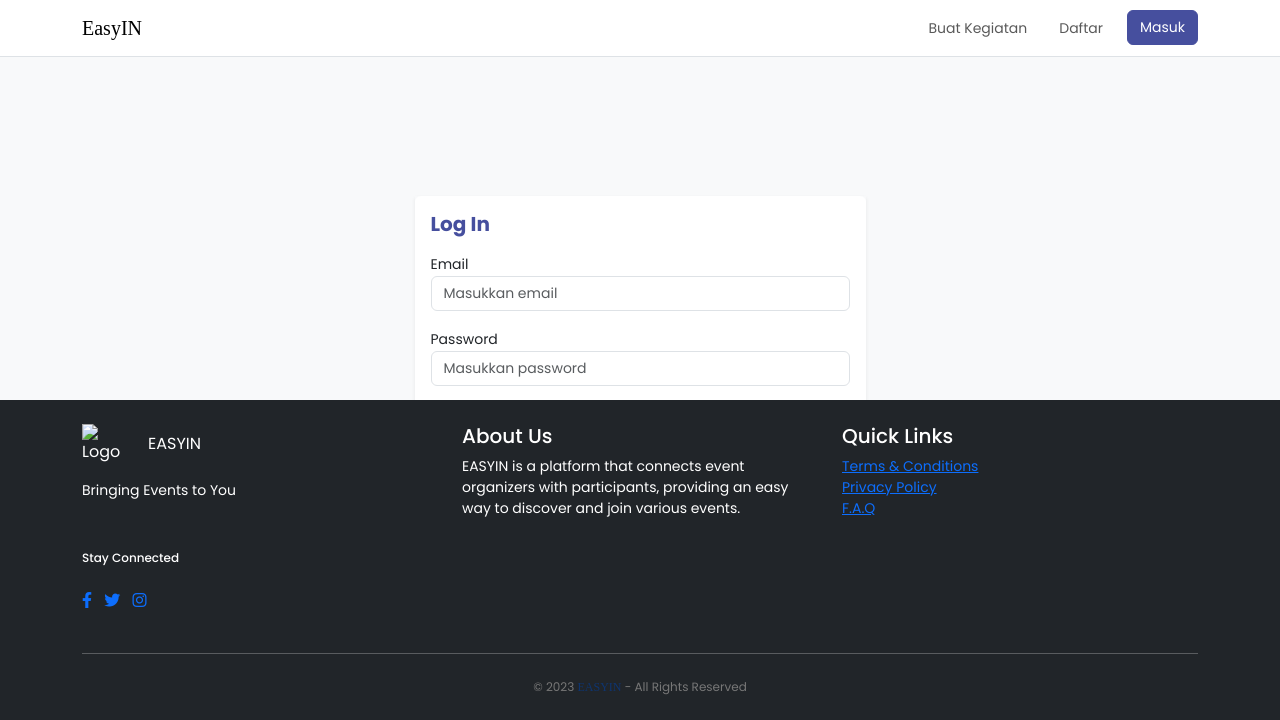
Repository: Imadaaa/Ticketing_Online
Page: http://localhost/login
The author's editor kept a copy of each file at every save. The page is drawn from the files as they stood at one save, then again after a run of saves.
The browser window is 1280 px wide. The pictures show the whole page.
Some web fonts or font styles are not loaded; a fallback is used. The page is served by the project's Laravel application, run on PHP 8.4 with Laravel 10. Other server files are loaded and not shown.

Above is the page before, as saved 2023-08-22 02:25:26.
Console error: ReferenceError: $ is not defined

### routes/web.php
<?php

use Illuminate\Support\Facades\Route;
use App\Http\Controllers\AuthController;
use App\Http\Controllers\AcaraController;
use App\Http\Controllers\TiketController;
use App\Http\Controllers\UsersController;
use App\Http\Controllers\KampusController;
use App\Http\Controllers\LokasiController;
use App\Http\Controllers\KategoriController;
use App\Http\Controllers\DashboardController;
use App\Http\Controllers\JenisTiketController;
use App\Http\Controllers\LandingPageController;
use App\Http\Controllers\MetodePembayaranController;

/*
|--------------------------------------------------------------------------
| Web Routes
|--------------------------------------------------------------------------
|
| Here is where you can register web routes for your application. These
| routes are loaded by the RouteServiceProvider and all of them will
| be assigned to the "web" middleware group. Make something great!
|
*/

// landing page
Route::get('/', [LandingPageController::class, 'index'])->name('landing-page.index');

// acara
Route::group(['prefix' => 'acara'], function() {
    Route::get('/{slug}', [AcaraController::class, 'landingPageShow'])->name('landing-page.acara.show');
});

// kategori
Route::group(['prefix' => 'kategori'], function() {
    Route::get('/', [KategoriController::class, 'landingPageIndex'])->name('landing-page.kategori.index');
});

// auth
Route::get('/login', [AuthController::class, 'getLogin'])->name('login');
Route::post('/login', [AuthController::class, 'doLogin']);
Route::post('/logout', [AuthController::class, 'doLogout'])->name('logout');
Route::group(['prefix' => 'register'], function() {
    Route::get('/', [AuthController::class, 'getRegister'])->name('register');
    Route::post('/', [AuthController::class, 'doRegister']);
    Route::get('/verifikasi/{token}', [AuthController::class, 'doVerifikasi']);
});

// dashboard
Route::group(['prefix' => 'dashboard'], function() {
    // pages
    Route::get('/', [DashboardController::class, 'getIndex'])->name('dashboard.index');

    // kategori
    Route::group(['prefix' => 'kategori'], function() {
        Route::get('/datatable-json', [KategoriController::class, 'datatableJson'])->name('dashboard.kategori.datatable-json');
    });
    Route::resource('kategori', KategoriController::class, ['as' => 'dashboard'])->except('show');

    // lokasi
    Route::group(['prefix' => 'lokasi'], function() {
        Route::get('/datatable-json', [LokasiController::class, 'datatableJson'])->name('dashboard.lokasi.datatable-json');
    });
    Route::resource('lokasi', LokasiController::class, ['as' => 'dashboard'])->except('show');

    // kampus
    Route::group(['prefix' => 'kampus'], function() {
        Route::get('/datatable-json', [KampusController::class, 'datatableJson'])->name('dashboard.kampus.datatable-json');
    });
    Route::resource('kampus', KampusController::class, ['as' => 'dashboard'])->except('show')->parameters(['kampus' => 'kampus']);

    // metode pembayaran
    Route::group(['prefix' => 'metode-pembayaran'], function() {
        Route::get('/datatable-json', [MetodePembayaranController::class, 'datatableJson'])->name('dashboard.metode-pembayaran.datatable-json');
    });
    Route::resource('metode-pembayaran', MetodePembayaranController::class, ['as' => 'dashboard'])->except('show');

    // user
    Route::group(['prefix' => 'user'], function() {
        Route::get('/datatable-json', [UsersController::class, 'datatableJson'])->name('dashboard.user.datatable-json');
    });
    Route::resource('user', UsersController::class, ['as' => 'dashboard'])->only(['index', 'destroy']);

    // acara
    Route::group(['prefix' => 'acara'], function() {
        Route::get('/datatable-json', [AcaraController::class, 'datatableJson'])->name('dashboard.acara.datatable-json');

        Route::get('/{acara}/jenis-tiket', [JenisTiketController::class, 'index'])->name('dashboard.jenis-tiket.index');
        Route::post('/{acara}/jenis-tiket', [JenisTiketController::class, 'store'])->name('dashboard.jenis-tiket.store');

        Route::get('/{acara}/tiket/datatable-json', [TiketController::class, 'datatableJson'])->name('dashboard.tiket.datatable-json');
        Route::post('/{acara}/tiket', [TiketController::class, 'store'])->name('dashboard.tiket.store');
        Route::delete('/tiket/{tiket}', [TiketController::class, 'destroy'])->name('dashboard.tiket.destroy');
    });
    Route::resource('acara', AcaraController::class, ['as' => 'dashboard'])->except('show');
});

### app/Http/Controllers/AuthController.php
<?php

namespace App\Http\Controllers;

use App\Models\User;
use App\Mail\VerifyEmail;
use Illuminate\Support\Str;
use Illuminate\Http\Request;
use App\Http\Requests\UserRequest;
use Illuminate\Support\Facades\DB;
use Illuminate\Support\Facades\Mail;

class AuthController extends Controller
{
    public function getLogin()
    {
        return view('auth.login');
    }

    public function doLogin(Request $request)
    {
        $credentials = [
            'email' => $request->email,
            'password' => $request->password,
            'is_active' => true
        ];

        if(auth()->attempt($credentials)) {
            return redirect()->route('landing-page.index');
        }

        return redirect()->back()->with('error', 'Email atau password salah');
    }

    public function getRegister()
    {
        return view('auth.register');
    }

    public function doRegister(UserRequest $request)
    {
        $verify_token = Str::random(25);

        $payload = [
            'nama' => $request->nama,
            'verify_token' => $verify_token
        ];

        DB::beginTransaction();

        try {
            Mail::to($request->email)->send(new VerifyEmail($payload));

            User::create([
                'nama' => $request->nama,
                'email' => $request->email,
                'password' => bcrypt($request->password),
                'verify_email_token' => $verify_token
            ]);

            DB::commit();

            return redirect()->back()->with('success', 'Silahkan periksa email anda');
        } catch (Exception $e) {
            DB::rollback();

            return redirect()->back()->with('error', 'Proses registrasi gagal');
        }
    }

    public function doLogout()
    {
        auth()->logout();

        return redirect()->route('landing-page.index');
    }

    public function doVerifikasi($token)
    {
        if(!$token) {
            abort(404);
        }

        $user = User::where('verify_email_token', '=', $token)->firstOrFail();

        $user->update([
            'email_verified_at' => date('Y-m-d H:i:s'),
            'verify_email_token' => null,
            'is_active' => true
        ]);

        return redirect()->route('login')->with('success', 'Email berhasil di verifikasi, silahkan masuk');
    }
}

### resources/views/auth/login.blade.php
@extends('template.landing-page.app')

@section('title', 'Login')

@push('styles')
    <style>
        .wrap-login {
            margin-top: 100px;
        }
    </style>
@endpush

@section('content')
    <div class="container py-5">
        <div class="row mt-5 justify-content-center">
            <div class="col-lg-5 wrap-login">
                @if(session('error'))
                    <div class="alert bg-danger fs-14 text-white">
                        <i class="fa-solid fa-circle-xmark"></i>
                        <span>{{ session('error') }}</span>
                    </div>
                @elseif(session('success'))
                    <div class="alert bg-success fs-14 text-white">
                        <i class="fa-solid fa-circle-check"></i>
                        <span>{{ session('success') }}</span>
                    </div>
                @endif
                <div class="card border-0">
                    <div class="card-body shadow-sm">
                        <h5 class="fw-700 text-primary">Log In</h5>
                        <form action="{{ url('/login') }}" method="POST" class="mt-3">
                            @csrf
                            <div class="mb-3">
                                <label for="email" class="fs-14">Email</label>
                                <input type="email" class="form-control fs-14" name="email" id="email" placeholder="Masukkan email" required>
                            </div>
                            <div class="mb-3">
                                <label for="password" class="fs-14">Password</label>
                                <input type="password" class="form-control fs-14" name="password" id="password" placeholder="Masukkan password" required>
                            </div>
                            <div class="mb-3">
                                <p class="fs-14 mb-1 text-muted">Belum punya akun? daftar <a class="text-primary text-decoration-none" href="{{ route('register') }}">disini</a></p>
                                <p class="fs-14 mb-1 text-muted"><a class="text-primary text-decoration-none" href="{{ route('register') }}">Lupa Password</a></p>
                                <button type="submit" class="btn btn-primary fw-700 fs-14">Log In</button>
                            </div>
                        </form>
                    </div>
                </div>
            </div>
        </div>
    </div>
@endsection

### resources/views/template/landing-page/app.blade.php
<!doctype html>
<html lang="en">

<head>
    <meta charset="utf-8">
    <meta name="viewport" content="width=device-width, initial-scale=1">
    <title>EasyIN - @yield('title')</title>

    @include('template.landing-page.partials._style')
</head>

<body class="bg-light">
    {{-- navbar --}}
    @include('template.landing-page.partials._navbar')

    @yield('content')

    {{-- footer --}}
    @include('template.landing-page.partials._footer')

    @include('template.landing-page.partials._script')
</body>

</html>

### resources/views/template/landing-page/partials/_style.blade.php
<link href="https://cdn.jsdelivr.net/npm/bootstrap@5.3.1/dist/css/bootstrap.min.css" rel="stylesheet"
    integrity="sha384-4bw+/aepP/YC94hEpVNVgiZdgIC5+VKNBQNGCHeKRQN+PtmoHDEXuppvnDJzQIu9" crossorigin="anonymous">
<link rel="stylesheet" href="{{ asset('css/custom.css') }}">
<link rel="preconnect" href="https://fonts.googleapis.com">
<link rel="preconnect" href="https://fonts.gstatic.com" crossorigin>
<link href="https://fonts.googleapis.com/css2?family=Audiowide&family=Poppins:wght@400;500;600;700&display=swap"
    rel="stylesheet">
<link rel="stylesheet" href="https://cdnjs.cloudflare.com/ajax/libs/font-awesome/6.4.0/css/all.min.css"
    integrity="sha512-iecdLmaskl7CVkqkXNQ/ZH/XLlvWZOJyj7Yy7tcenmpD1ypASozpmT/E0iPtmFIB46ZmdtAc9eNBvH0H/ZpiBw=="
    crossorigin="anonymous" referrerpolicy="no-referrer" />
<link rel="stylesheet" href="{{ asset('path/to/slick.css') }}">
<link rel="stylesheet" href="{{ asset('path/to/slick-theme.css') }}">
<script src="{{ asset('path/to/slick.min.js') }}"></script>
@stack('styles')

### resources/views/template/landing-page/partials/_navbar.blade.php
<nav class="navbar navbar-expand-lg {{ request()->is('login') || request()->is('register') || !request()->is('/') ? 'bg-white border-bottom' : '' }}">
    <div class="container">
        <a class="navbar-brand {{ request()->is('login') || request()->is('register') || !request()->is('/') ? '' : 'text-white' }} text-title" href="{{ route('landing-page.index') }}">EasyIN</a>
        <button class="navbar-toggler" type="button" data-bs-toggle="collapse" data-bs-target="#navbarNav"
            aria-controls="navbarNav" aria-expanded="false" aria-label="Toggle navigation">
            <span class="navbar-toggler-icon"></span>
        </button>
        <div class="collapse navbar-collapse" id="navbarNav">
            <ul class="navbar-nav ms-auto">
                <li class="nav-item ms-3">
                    <a class="nav-link {{ request()->is('login') || request()->is('register') || !request()->is('/') ? '' : 'text-white' }} fs-14" aria-current="page" href="#">Buat Kegiatan</a>
                </li>
                @if(auth()->user())
                    <li class="nav-item ms-3">
                        <a class="nav-link {{ request()->is('login') || request()->is('register') || !request()->is('/') ? '' : 'text-white' }} fs-14" href="{{ route('dashboard.index') }}">Dashboard</a>
                    </li>
                    <li class="nav-item ms-3">
                        <a class="nav-link {{ request()->is('login') || request()->is('register') || !request()->is('/') ? '' : 'text-white' }} fs-14" href="#" onclick="document.getElementById('form-logout').submit();">Logout <i class="fa-solid fa-power-off"></i></a>
                        <form action="{{ route('logout') }}" method="POST" id="form-logout">
                            @csrf
                        </form>
                    </li>
                @else
                    <li class="nav-item ms-3">
                        <a class="nav-link {{ request()->is('login') || request()->is('register') || !request()->is('/') ? '' : 'text-white' }} fs-14" href="{{ route('register') }}">Daftar</a>
                    </li>
                    <li class="nav-item ms-3">
                        <a class="btn btn-primary {{ request()->is('login') || request()->is('register') || !request()->is('/') ? '' : 'text-white' }} fs-14" href="{{ route('login') }}">Masuk</a>
                    </li>
                @endif
            </ul>
        </div>
    </div>
</nav>

### resources/views/template/landing-page/partials/_footer.blade.php
<footer class="bg-dark text-white py-4 {{ request()->is('login') || request()->is('register') ? 'footer-fixed' : '' }}">
    <div class="container slider">
        <div class="row">
            <div class="col-md-4">
                <div class="d-flex align-items-center">
                    <img src="{{ asset('storage/img/logo/Steam_icon.png') }}" alt="Logo" class="logo me-3"
                        style="max-width: 50px;">
                    <p class="fs-10 mb-0">EASYIN</p>
                </div>
                <p class="mt-3 fs-14">Bringing Events to You</p>
            </div>
            <div class="col-md-4">
                <h5 class="fs-10">About Us</h5>
                <p class="fs-14">EASYIN is a platform that connects event organizers with participants, providing an
                    easy way to discover and join various events.</p>
            </div>
            <div class="col-md-4">
                <h5 class="fs-10">Quick Links</h5>
                <ul class="list-unstyled fs-14">
                    <li><a href="#">Terms & Conditions</a></li>
                    <li><a href="#">Privacy Policy</a></li>
                    <li><a href="#">F.A.Q</a></li>
                </ul>
            </div>
            <div class="col-md-10 mt-3">
                <h5 class="fs-12 mb-4">Stay Connected</h5>
                <ul class="list-inline social-icons">
                    <li class="list-inline-item"><a href="#" class="social-link"><i
                                class="fab fa-facebook-f"></i></a></li>
                    <li class="list-inline-item"><a href="#" class="social-link"><i
                                class="fab fa-twitter"></i></a></li>
                    <li class="list-inline-item"><a href="#" class="social-link"><i
                                class="fab fa-instagram"></i></a></li>
                </ul>
            </div>
        </div>
        <hr class="my-4">
        <div class="row">
            <div class="col-md-12 text-center">
                <p class="fs-12 mb-0" style="color: #777;">&copy; {{ date('Y') }} <span class="text-title"
                        style="color: #0f356f;">EASYIN</span> - All Rights Reserved</p>
            </div>
        </div>
    </div>
</footer>

### resources/views/template/landing-page/partials/_script.blade.php
<script src="https://cdn.jsdelivr.net/npm/bootstrap@5.3.1/dist/js/bootstrap.bundle.min.js"
    integrity="sha384-HwwvtgBNo3bZJJLYd8oVXjrBZt8cqVSpeBNS5n7C8IVInixGAoxmnlMuBnhbgrkm" crossorigin="anonymous">
</script>
<script>
    $(document).ready(function() {
        $('.slider').slick({
            autoplay: true,
            dots: true,
            // Konfigurasi slider lainnya sesuai kebutuhan
        });
    });
</script>
@stack('scripts')

### public/css/custom.css
* {
    font-family: "Poppins", sans-serif;
}

.navbar {
    position: absolute !important;
    width: 100%;
    z-index: 1;
}

#hero {
    background-image: url("../img/hero.jpg");
    height: 500px;
    background-position: center;
    background-repeat: no-repeat;
    position: relative;
}

#hero::after {
    content: "";
    height: 100%;
    width: 100%;
    background-color: rgba(0, 0, 0, .5);
    display: block;
}

#hero .text-hero {
    position: absolute;
    width: auto;
    height: auto;
    top: 40%;
    text-align: center;
}

.search-bar {
    margin-top: -80px;
    z-index: 1;
    position: relative;
}

.search-bar .wrap-search-form {
    padding: 60px 50px;
}

#kegiatan-kampus .card {
    background-position: center;
    background-size: cover;
    background-repeat: no-repeat;
    position: relative;
}

#kegiatan-kampus .card::before {
    content: "";
    height: 100%;
    width: 100%;
    background-color: rgba(0, 0, 0, .5);
    display: block;
    position: absolute;
    border-radius: 0.375rem;
}

#kegiatan-kampus .card .card-body h5 {
    margin-top: 200px;
}

#kegiatan-kampus .card .card-body h5, #kegiatan-kampus .card .card-body p, #kegiatan-kampus .card .card-body a {
    z-index: 1;
    position: relative;
}

footer, .bg-dark {
    background-color: #212529 !important;
}

.text-title {
    font-family: 'Audiowide', cursive;
}

.fs-14 {
    font-size: 14px;
}

.fs-12 {
    font-size: 12px;
}

.fs-60 {
    font-size: 60px;
}

.fw-700 {
    font-weight: 700;
}

.btn-primary {
    background-color: #464F9E !important;
    border-color: #464F9E !important;
}

.btn-outline-primary {
    background-color: white !important;
    border-color: #464F9E !important;
    color: #464F9E !important;
}

.btn-outline-primary:hover {
    background-color: #464F9E !important;
    color: white !important;
}

.text-primary {
    color: #464F9E !important;
}

.footer-fixed {
    position: absolute;
    width: 100%;
    bottom: 0;
}

Loaded but not shown: app/Http/Controllers/Controller.php (common file)

After the next 2 saves:
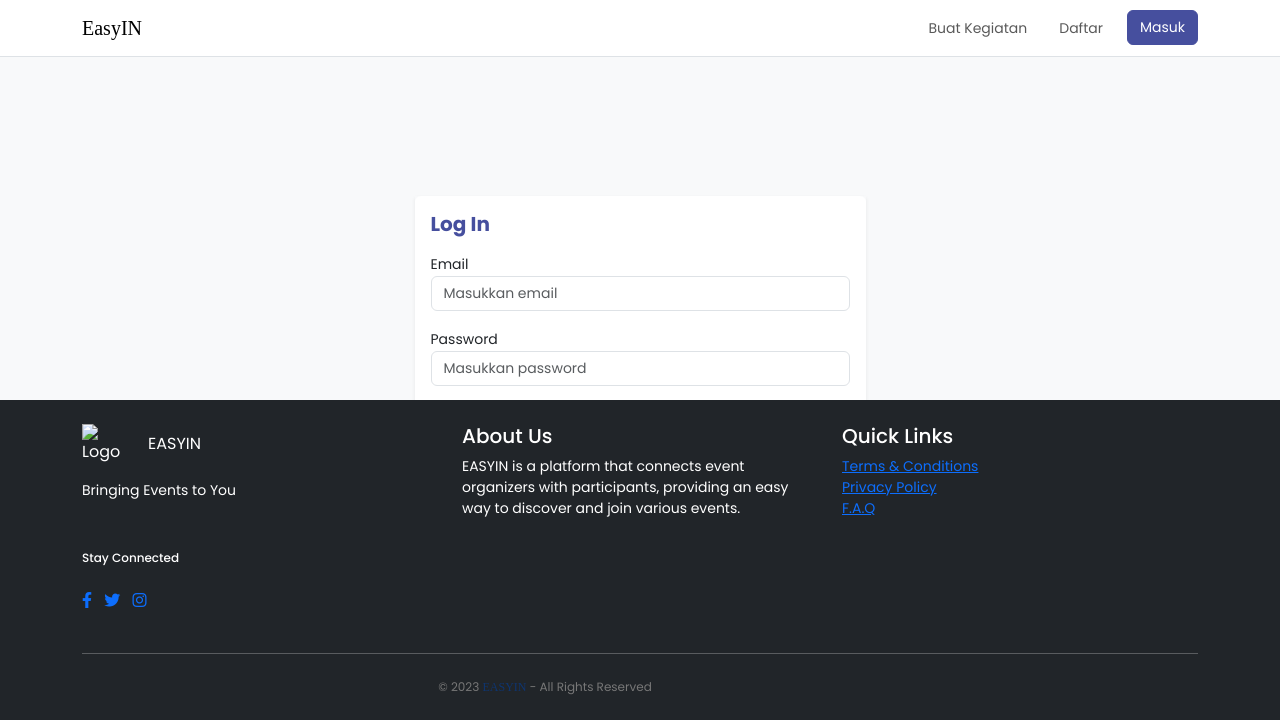
The 2 saves are shown as one change because they came seconds apart.
The last was saved 12 s later.
--- a/resources/views/template/landing-page/partials/_footer.blade.php
+++ b/resources/views/template/landing-page/partials/_footer.blade.php
@@ -36,7 +36,7 @@
         </div>
         <hr class="my-4">
         <div class="row">
-            <div class="col-md-12 text-center">
+            <div class="col-md-10 text-center">
                 <p class="fs-12 mb-0" style="color: #777;">&copy; {{ date('Y') }} <span class="text-title"
                         style="color: #0f356f;">EASYIN</span> - All Rights Reserved</p>
             </div>
